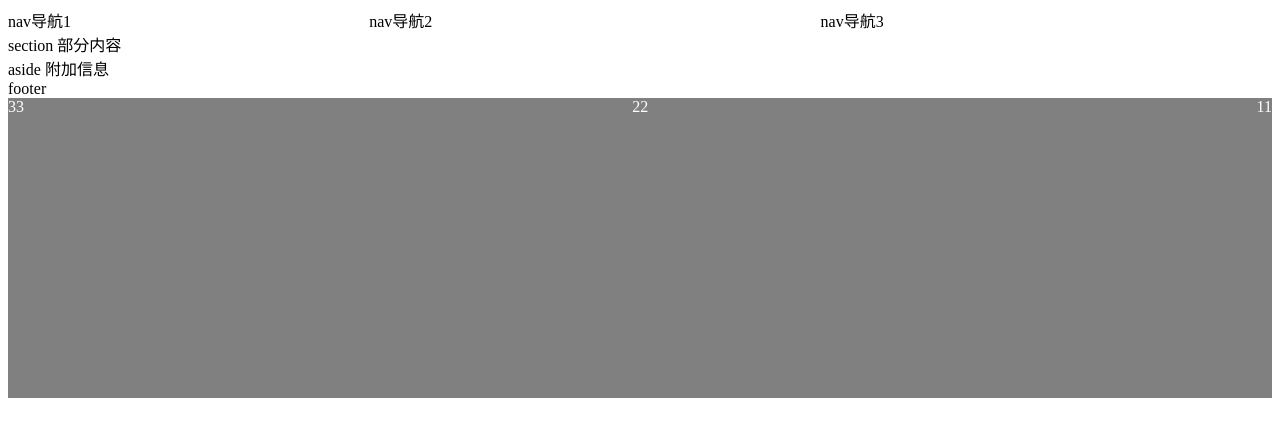
Repository: huangjianeng/front-end-study
Page: vue原理/html/flex.html
The author's editor kept a copy of each file at every save. The page is drawn from the files as they stood at one save, then again after a run of saves.
The browser window is 1280 px wide. The pictures show the whole page.

Above is the page before, as saved 2020-07-31 11:47:14.

### vue原理/html/flex.html
<header>
    <nav>nav导航1</nav>
    <nav>nav导航2</nav>
    <nav>nav导航3</nav>
</header>
<section>section  部分内容</section>
<aside>aside 附加信息</aside>
<footer>footer</footer>
<div class="flex-wrap">
    <div>11</div>
    <div>22</div>
    <div>33</div>
</div>

<style>
    header{
        display: flex;
    }
    nav{
        flex-grow: 0;    /* 默认为0  不放大    */
        flex-shrink: 1;   /* 默认为1  空间不足等比缩小 */
        width: 500px;
    }
    nav:nth-child(1){
        flex-basis: 400px;
    }
    .flex-wrap{
        width: 100%;
        height: 300px;
        background-color: grey;
        display: flex;
        justify-content: space-between;
        flex-direction: row-reverse;
    }
    .flex-wrap>div{
        color: white;
    }
</style>

After the next 2 saves:
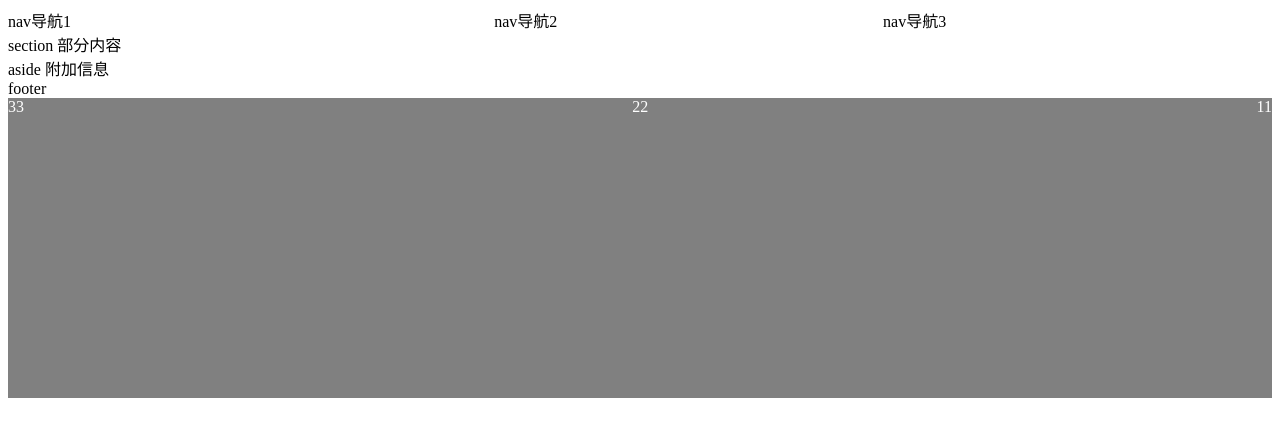
The 2 saves are shown as one change because they came seconds apart.
The last was saved 7 s later.
--- a/vue原理/html/flex.html
+++ b/vue原理/html/flex.html
@@ -19,10 +19,10 @@
     nav{
         flex-grow: 0;    /* 默认为0  不放大    */
         flex-shrink: 1;   /* 默认为1  空间不足等比缩小 */
-        width: 500px;
+        width: 480px;
     }
     nav:nth-child(1){
-        flex-basis: 400px;
+        flex-basis: 600px;
     }
     .flex-wrap{
         width: 100%;
